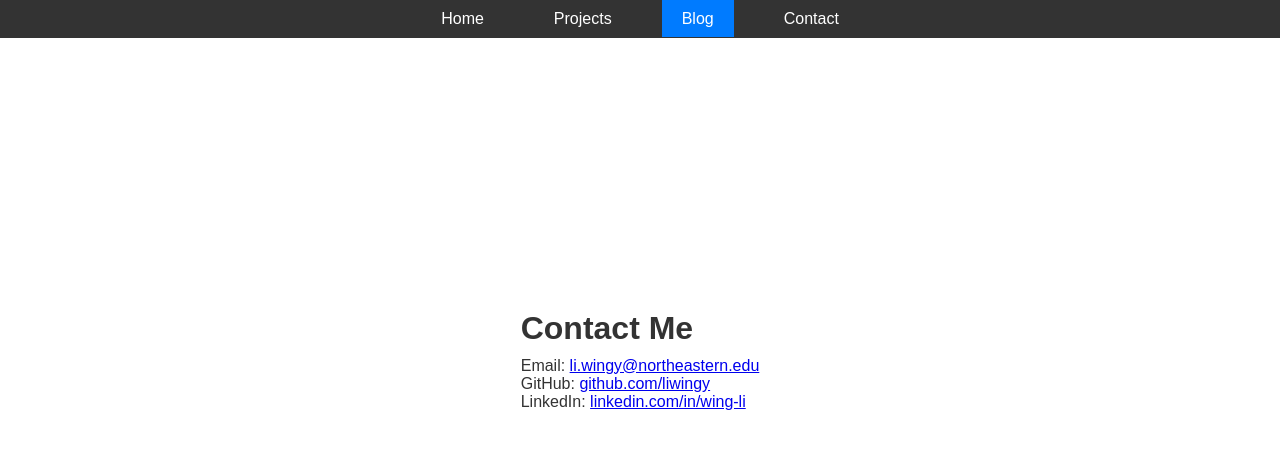
Repository: liwingy/cs5610_fall24_project1
Page: contact.html
The author's editor kept a copy of each file at every save. The page is drawn from the files as they stood at one save, then again after the next save.
The browser window is 1280 px wide. The pictures show the whole page.

Above is the page before, as saved 2024-10-07 15:18:45.

### contact.html
<!DOCTYPE html>
<html lang="en">
<head>
    <meta charset="UTF-8">
    <meta name="viewport" content="width=device-width, initial-scale=1.0">
    <title>Wing Yee Li | Contact</title>
    <link rel="stylesheet" href="style.css">
</head>
<body>
    <nav>
        <ul>
            <li><a href="homepage.html">Home</a></li>
            <li><a href="projects.html">Projects</a></li>
            <li><a href="blog.html" class="active">Blog</a></li>
            <li><a href="contact.html">Contact</a></li>
        </ul>
    </nav>
    <main>
        <section class="contact">
            <h2>Contact Me</h2>
            <p>Email: <a href="mailto:li.wingy@northeastern.edu">li.wingy@northeastern.edu</a></p>
            <p>GitHub: <a href="https://github.com/liwingy" target="_blank">github.com/liwingy</a></p>
            <p>LinkedIn: <a href="https://linkedin.com/in/wing-li" target="_blank">linkedin.com/in/wing-li</a></p>
        </section>
    </main>
</body>
</html>

### style.css
* {
    margin: 0;
    padding: 0;
    box-sizing: border-box;
    font-family: 'Arial', sans-serif;
}

body, html {
    height: 100%;
    margin: 0;
}

body {
    background-color: rgb(255, 255, 255);
    color: #333;
    display: flex;
    flex-direction: column;   /* Stack the content vertically */
    height: 100vh;            /* Make sure the body takes up the full viewport height */
}

main {
    display: flex;
    justify-content: center;
    align-items: center;
    flex-direction: column;
    height: 100%;
}

header {
    text-align: center;
}

.profile-pic {
    max-width: 150px;        /* Image will not exceed 150px width */
    height: auto;            /* Maintain aspect ratio */
    border-radius: 50%;
    display: block;
    margin: 20px auto;
}

nav {
    width: 100%;              /* Full width navigation bar */
    background-color: #333;    /* Background color for the navbar */
    position: fixed;          /* Keep the navbar fixed at the top */
    top: 0;
    left: 0;
    padding: 10px 0;          /* Add some padding for spacing */
    z-index: 1;               /* Ensure the navbar stays above other content */
}

nav ul {
    list-style: none;
    display: flex;            /* Display the list items in a row */
    justify-content: center;  /* Center the list items horizontally */
    margin: 0;
    padding: 0;
}

nav ul li {
    margin: 0 15px;           /* Space between each nav item */
}

nav ul li a {
    color: #fff;
    text-decoration: none;
    padding: 10px 20px;       /* Add padding around each link */
    transition: background-color 0.3s;
}

nav ul li a:hover {
    background-color: #555;   /* Change background color on hover */
}

.active {
    background-color: #007BFF; /* Style for the active page link */
}

h1 {
    font-size: 2.5rem;
    margin-top: 60px;        /* Add space from the navbar */
}

.about-me, .projects, .contact, .blog {
    margin: 20px;
}

h2 {
    font-size: 2rem;
    margin-bottom: 10px;
}

/* Responsive design */
@media screen and (max-width: 768px) {
    nav ul {
        flex-direction: column;  /* Stack the navbar links vertically on small screens */
        align-items: center;
    }

    nav ul li {
        margin: 10px 0;          /* Space out vertically in mobile view */
    }

    h1 {
        font-size: 1.8rem;
        margin-top: 100px;       /* Adjust spacing on small screens */
    }
}

After the next save:
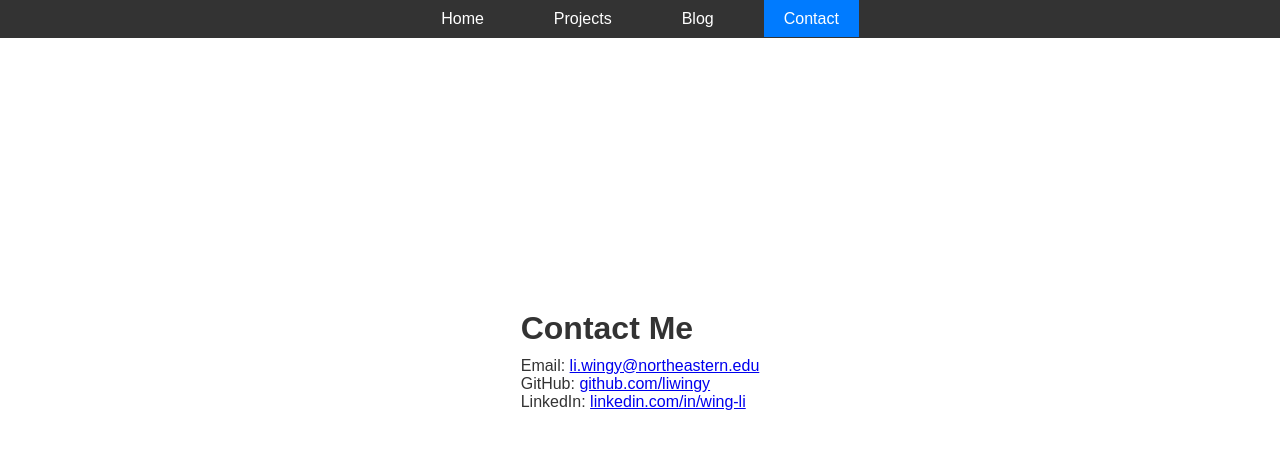
Saved 94 s later.
--- a/contact.html
+++ b/contact.html
@@ -11,8 +11,8 @@
         <ul>
             <li><a href="homepage.html">Home</a></li>
             <li><a href="projects.html">Projects</a></li>
-            <li><a href="blog.html" class="active">Blog</a></li>
-            <li><a href="contact.html">Contact</a></li>
+            <li><a href="blog.html">Blog</a></li>
+            <li><a href="contact.html" class="active">Contact</a></li>
         </ul>
     </nav>
     <main>
